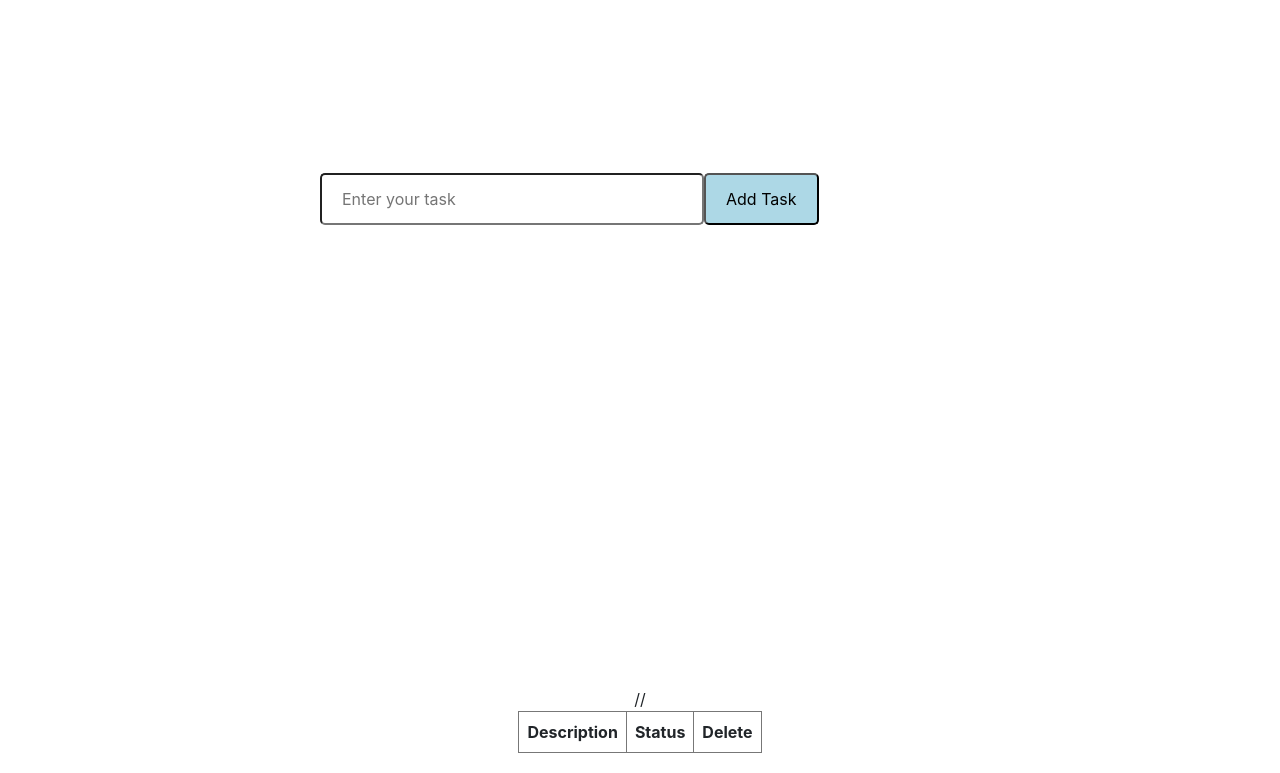
Repository: 12Arc/todoapp
Page: / (app in client/)
An editor plug-in stored every save of this project. The page is shown before and after a run of saves, followed by the edit.
The browser window is 1280 px wide. The pictures show the whole page.
The page's requests for data from a server got no answer. Some web libraries are served in a nearby version. The project was rebuilt for these pictures with package versions that can differ from the ones it lists, and the page was loaded fresh each time. No one was signed in, and anything a server would have sent is missing.

Above is the page before, as saved 2024-05-14 00:07:55.

After the next 3 saves:
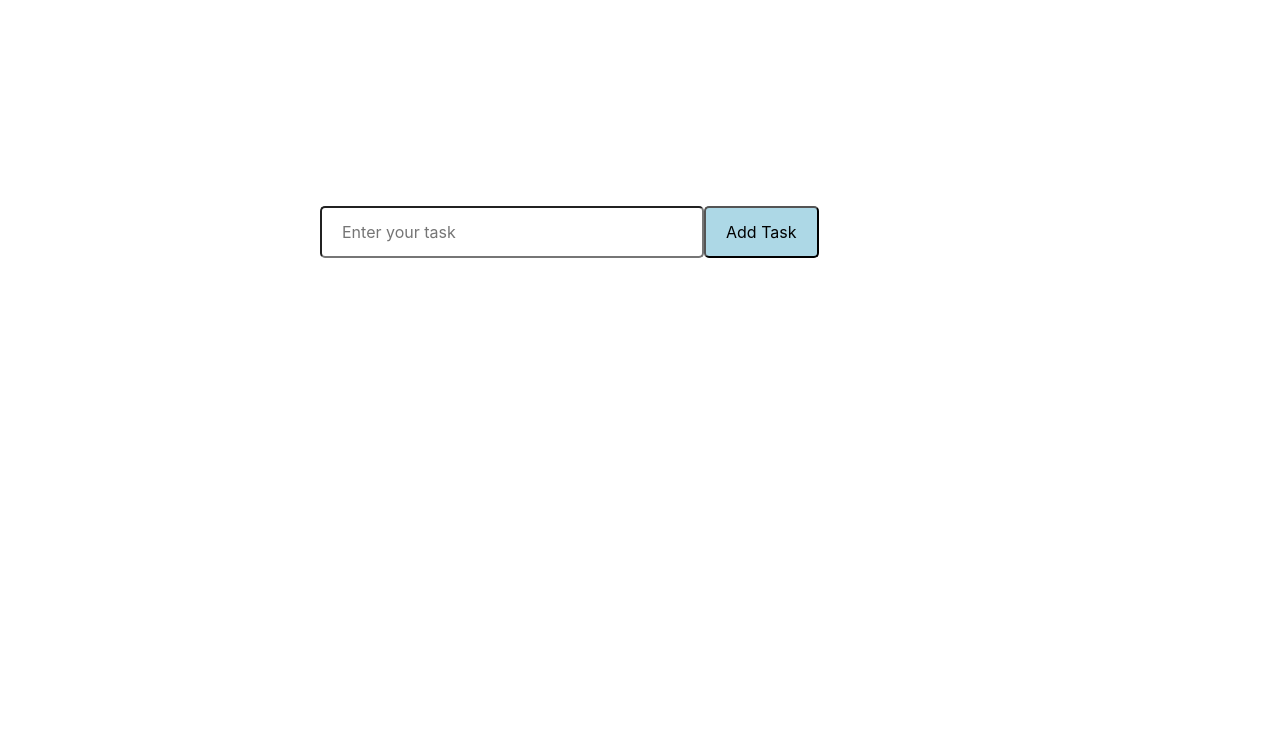
The 3 saves are shown as one change because they came seconds apart.
The last was saved 11 s later.
--- a/client/src/App.js
+++ b/client/src/App.js
@@ -12,7 +12,7 @@ function App() {
 
           <AddTask />
 
-         // <ListTodo />
+
 
     </div>
 
